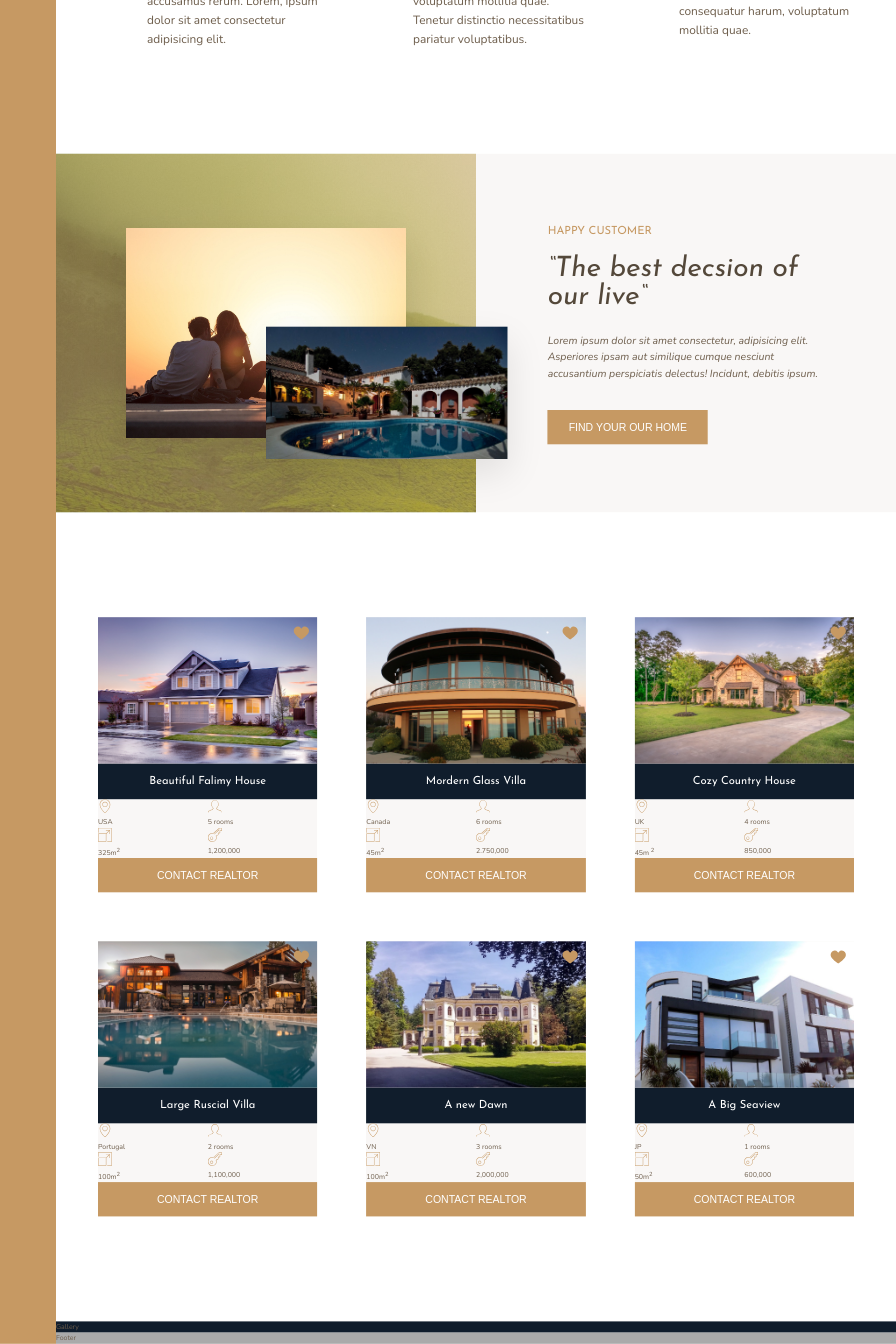
Repository: m2pd/your-home
Page: index.html
The author's editor kept a copy of each file at every save. The page is drawn from the files as they stood at one save, then again after the next save.
The browser window is 1280 px wide. The pictures show the part of the page from y = 1024 to 2944 px (the page is 2944 px tall before and 2843 px after), at 70% of full size.
The style sheet was rebuilt from its Sass, Less or Tailwind sources for each picture, by a compiler version that may differ from the author's.

Above is the page before, as saved 2020-03-05 16:13:03.

### index.html
<!DOCTYPE html>
<html lang="en">
    <head>
        <meta charset="UTF-8">
        <meta name="viewport" content="width=device-width, initial-scale=1.0">
        <meta http-equiv="X-UA-Compatible" content="ie=edge">

        <link href="https://fonts.googleapis.com/css?family=Josefin+Sans:300,400,400i|Nunito:300,300i" rel="stylesheet">
        <link rel="stylesheet" href="css/style.css">
        <link rel="shortcut icon" type="image/png" href="img/favicon.png">

        <title>nexter &mdash; your home, your freedom</title>
    </head>
    <body class="container">

        <div class="sidebar">
            Sidebar
        </div>

        <header class="header">
            Header
        </header>

        <div class="realtors">
            3 Realtors
        </div>

        <div class="features">
            <div class="feature feature-1">
                <svg class="feature__icon">
                    <use xlink:href="img/sprite.svg#icon-global"></use>
                </svg>
                <h4 class="heading-4 heading-4--dark">World's best luxury homes</h4>
                <p class="feature__text">
                    Lorem, ipsum dolor sit amet consectetur adipisicing elit. Tenetur distinctio necessitatibus pariatur voluptatibus.
                </p>
            </div>

            <div class="feature feature-2">
                <svg class="feature__icon">
                    <use xlink:href="img/sprite.svg#icon-trophy"></use>
                </svg>
                <h4 class="heading-4 heading-4--dark">Only the best properties</h4>
                <p class="feature__text">
                    Voluptatum mollitia quae. Vero ipsum sapiente molestias accusamus rerum sed a eligendi aut quia.
                </p>
            </div>

            <div class="feature feature-3">
                <svg class="feature__icon">
                    <use xlink:href="img/sprite.svg#icon-map-pin"></use>
                </svg>
                <h4 class="heading-4 heading-4--dark">All home in top location</h4>
                <p class="feature__text">
                    Tenetur distinctio necessitatibus pariatur voluptatibus quidem consequatur harum.
                </p>
            </div>

            <div class="feature feature-4">
                <svg class="feature__icon">
                    <use xlink:href="img/sprite.svg#icon-key"></use>
                </svg>
                <h4 class="heading-4 heading-4--dark">New home in one week</h4>
                <p class="feature__text">
                    Vero ipsum sapiente molestias accusamus rerum. Lorem, ipsum dolor sit amet consectetur adipisicing elit.
                </p>
            </div>

            <div class="feature feature-5">
                <svg class="feature__icon">
                    <use xlink:href="img/sprite.svg#icon-presentation"></use>
                </svg>
                <h4 class="heading-4">Top 1% realtors</h4>
                <p class="feature__text">
                    Quidem consequatur harum, voluptatum mollitia quae. Tenetur distinctio necessitatibus pariatur voluptatibus.
                </p>
            </div>

            <div class="feature feature-6">
                <svg class="feature__icon">
                    <use xlink:href="img/sprite.svg#icon-lock"></use>
                </svg>
                <h4 class="heading-4">Secure in Payment on nexter</h4>
                <p class="feature__text">
                    Pariatur voluptatibus quidem consequatur harum, voluptatum mollitia quae.
                </p>
            </div>
        </div>

        <div class="story__pictures">
            <img src="img/story-1.jpeg" alt="Couple with new house" class="story__img--1">
            <img src="img/story-2.jpeg" alt="New house" class="story__img--2">
        </div>

        <div class="story__content">
            <h3 class="heading-3 mb-sm">Happy Customer</h3>
            <h2 class="heading-2 heading-2--dark mb-md">&ldquo;The best decsion of our live&ldquo;</h2>
            <div class="story__text">
                Lorem ipsum dolor sit amet consectetur, adipisicing elit. Asperiores ipsam aut similique cumque nesciunt accusantium perspiciatis delectus! Incidunt, debitis ipsum.
            </div>
            <button class="btn">Find your our home</button>
        </div>

        <section class="homes">
            <div class="home">
                <img src="img/house-1.jpeg" alt="House 1" class="home__img">
                <svg class="home__like">
                    <use xlink:href="img/sprite.svg#icon-heart-full"></use>
                </svg>
                <h5 class="home__name">Beautiful Falimy House</h5>
                <div class="home__location">
                    <svg>
                        <use xlink:href="img/sprite.svg#icon-map-pin"></use>
                    </svg>
                    <p>USA</p>
                </div>
                <div class="home__rooms">
                    <svg>
                        <use xlink:href="img/sprite.svg#icon-profile-male"></use>
                    </svg>
                    <p>5 rooms</p>
                </div>
                <div class="home__area">
                    <svg>
                        <use xlink:href="img/sprite.svg#icon-expand"></use>
                    </svg>
                    <p>325m<sup>2</sup></p>
                </div>
                <div class="home__price">
                    <svg>
                        <use xlink:href="img/sprite.svg#icon-key"></use>
                    </svg>
                    <p>1,200,000</p>
                </div>
                <button class="btn home__btn">Contact realtor</button>
            </div>

            <div class="home">
                <img src="img/house-2.jpeg" alt="House 2" class="home__img">
                <svg class="home__like">
                    <use xlink:href="img/sprite.svg#icon-heart-full"></use>
                </svg>
                <h5 class="home__name">Mordern Glass Villa</h5>
                <div class="home__location">
                    <svg>
                        <use xlink:href="img/sprite.svg#icon-map-pin"></use>
                    </svg>
                    <p>Canada</p>
                </div>
                <div class="home__rooms">
                    <svg>
                        <use xlink:href="img/sprite.svg#icon-profile-male"></use>
                    </svg>
                    <p>6 rooms</p>
                </div>
                <div class="home__area">
                    <svg>
                        <use xlink:href="img/sprite.svg#icon-expand"></use>
                    </svg>
                    <p>45m<sup>2</sup></p>
                </div>
                <div class="home__price">
                    <svg>
                        <use xlink:href="img/sprite.svg#icon-key"></use>
                    </svg>
                    <p>2.750,000</p>
                </div>
                <button class="btn home__btn">Contact realtor</button>
            </div>

            <div class="home">
                <img src="img/house-3.jpeg" alt="House 3" class="home__img">
                <svg class="home__like">
                    <use xlink:href="img/sprite.svg#icon-heart-full"></use>
                </svg>
                <h5 class="home__name">Cozy Country House</h5>
                <div class="home__location">
                    <svg>
                        <use xlink:href="img/sprite.svg#icon-map-pin"></use>
                    </svg>
                    <p>UK</p>
                </div>
                <div class="home__rooms">
                    <svg>
                        <use xlink:href="img/sprite.svg#icon-profile-male"></use>
                    </svg>
                    <p>4 rooms</p>
                </div>
                <div class="home__area">
                    <svg>
                        <use xlink:href="img/sprite.svg#icon-expand"></use>
                    </svg>
                    <p>45m <sup>2</sup></p>
                </div>
                <div class="home__price">
                    <svg>
                        <use xlink:href="img/sprite.svg#icon-key"></use>
                    </svg>
                    <p>850,000</p>
                </div>
                <button class="btn home__btn">Contact realtor</button>
            </div>

            <div class="home">
                <img src="img/house-4.jpeg" alt="House 4" class="home__img">
                <svg class="home__like">
                    <use xlink:href="img/sprite.svg#icon-heart-full"></use>
                </svg>
                <h5 class="home__name">Large Ruscial Villa</h5>
                <div class="home__location">
                    <svg>
                        <use xlink:href="img/sprite.svg#icon-map-pin"></use>
                    </svg>
                    <p>Portugal</p>
                </div>
                <div class="home__rooms">
                    <svg>
                        <use xlink:href="img/sprite.svg#icon-profile-male"></use>
                    </svg>
                    <p>2 rooms</p>
                </div>
                <div class="home__area">
                    <svg>
                        <use xlink:href="img/sprite.svg#icon-expand"></use>
                    </svg>
                    <p>100m<sup>2</sup></p>
                </div>
                <div class="home__price">
                    <svg>
                        <use xlink:href="img/sprite.svg#icon-key"></use>
                    </svg>
                    <p>1,100,000</p>
                </div>
                <button class="btn home__btn">Contact realtor</button>
            </div>

            <div class="home">
                <img src="img/house-5.jpeg" alt="House 5" class="home__img">
                <svg class="home__like">
                    <use xlink:href="img/sprite.svg#icon-heart-full"></use>
                </svg>
                <h5 class="home__name">A new Dawn</h5>
                <div class="home__location">
                    <svg>
                        <use xlink:href="img/sprite.svg#icon-map-pin"></use>
                    </svg>
                    <p>VN</p>
                </div>
                <div class="home__rooms">
                    <svg>
                        <use xlink:href="img/sprite.svg#icon-profile-male"></use>
                    </svg>
                    <p>3 rooms</p>
                </div>
                <div class="home__area">
                    <svg>
                        <use xlink:href="img/sprite.svg#icon-expand"></use>
                    </svg>
                    <p>100m<sup>2</sup></p>
                </div>
                <div class="home__price">
                    <svg>
                        <use xlink:href="img/sprite.svg#icon-key"></use>
                    </svg>
                    <p>2,000,000</p>
                </div>
                <button class="btn home__btn">Contact realtor</button>
            </div>

            <div class="home">
                <img src="img/house-6.jpeg" alt="House 6" class="home__img">
                <svg class="home__like">
                    <use xlink:href="img/sprite.svg#icon-heart-full"></use>
                </svg>
                <h5 class="home__name">A Big Seaview</h5>
                <div class="home__location">
                    <svg>
                        <use xlink:href="img/sprite.svg#icon-map-pin"></use>
                    </svg>
                    <p>JP</p>
                </div>
                <div class="home__rooms">
                    <svg>
                        <use xlink:href="img/sprite.svg#icon-profile-male"></use>
                    </svg>
                    <p>1 rooms</p>
                </div>
                <div class="home__area">
                    <svg>
                        <use xlink:href="img/sprite.svg#icon-expand"></use>
                    </svg>
                    <p>50m<sup>2</sup></p>
                </div>
                <div class="home__price">
                    <svg>
                        <use xlink:href="img/sprite.svg#icon-key"></use>
                    </svg>
                    <p>600,000</p>
                </div>
                <button class="btn home__btn">Contact realtor</button>
            </div>
        </section>

        <section class="gallery">
            Gallery
        </section>

        <footer class="footer">
            Footer
        </footer>

    </body>
</html>

### sass/_base.scss
// COLOR VARIABLES
$color-primary: #c69963;
$color-primary-dark: #B28451;

$color-secondary: #101d2c;

$color-grey-light-1: #f9f7f6;
$color-grey-light-2: #aaa;

$color-grey-dark-1: #54483A;
$color-grey-dark-2: #6D5D4B;

// FONT VARIABLES
$font-primary: 'Nunito', sans-serif;
$font-display: 'Josefin Sans', sans-serif;


*,
*::before,
*::after{
    margin:0;
    padding:0;
    box-sizing: inherit;
}

html{
    font-size:62.5%;
    box-sizing: border-box;
}

body{
    font-family: $font-primary;
    color: $color-grey-dark-2;
    font-weight: 300;
    line-height: 1.6;
}

.container{
    display: grid;
    grid-template-rows: 80vh min-content 40vw repeat(3, min-content);
    grid-template-columns:[sidebar-start] 8rem [sidebar-end full-start] minmax(6rem, 1fr) [center-start] repeat(8, [col-start] minmax(min-content, 14rem) [col-end]) [center-end] minmax(6rem, 1fr) [full-end];

}

### sass/_typography.scss
%heading {
  font-family: $font-display;
  font-weight: 400;
}

.heading-1 {
  @extend %heading;
}

.heading-2 {
  @extend %heading;
  font-size: 4rem;
  font-style: italic;
  line-height: 1;

  &--light{ color: $color-grey-light-1;}
  &--dark{ color: $color-grey-dark-1;}
}

.heading-3 {
  @extend %heading;

  font-size: 1.6rem;
  color: $color-primary;
  text-transform: uppercase;

}

.heading-4 {
  @extend %heading;
  font-size: 1.9rem;

  &--light{ color: $color-grey-light-1;}
  &--dark{ color: $color-grey-dark-1;}

}

.btn{
    background-color: $color-primary;
    color: #fff;
    font-size: 1.5rem;
    border: none;
    border-radius: none;
    padding: 1.6rem  3rem;
    text-transform: uppercase;
    cursor: pointer;
    transition: all .2s;

    &:hover{
      background-color: $color-primary-dark;
    }
}

.mb-sm{ margin-bottom: 2rem; }
.mb-md{ margin-bottom: 3rem; }
.mb-lg{ margin-bottom: 4rem; }
.mb-hg{ margin-bottom: 8rem; }

### sass/_features.scss
.features{
    grid-column: center-start /  center-end;

    margin: 15rem 0;
    display: grid;
    // grid-template-columns: repeat(3, 1fr);
    grid-template-columns: repeat(auto-fit, minmax(25rem, 1fr));
    grid-gap: 6rem;
}

.feature{
    display: grid;
    grid-template-columns: min-content 1fr;
    grid-column-gap: 2.5rem;
    grid-row-gap: 1.5rem;

    align-items: start;

    &__icon{
        fill: $color-primary;
        width:4.5rem;
        height:4.5rem;

        grid-row: 1 / span 2;
    }

    &__text{
        font-size: 1.7rem;
    }
}

### sass/_story.scss
.story{
    &__pictures{
        background-color: $color-primary;
        grid-column: full-start / col-end 4;
        background-image:linear-gradient(rgba($color-primary,.5), rgba($color-primary, .5)),
                         url(../img/back.jpg);

        display: grid;
        grid-template-columns: repeat(6, 1fr);
        grid-template-rows: repeat(6, 1fr);
        align-items:center ;
    }

    &__img--1{
        width: 100%;
        grid-column: 2 / 6;
        grid-row: 2 / 6;
        box-shadow: 0 2rem 5rem rgba(#000, .1);
    }

    &__img--2{
        width: 115%;
        grid-column: 4 / 7;
        grid-row: 4 / 6;
        z-index: 20;
        box-shadow: 0 2rem 5rem rgba(#000, .1);

    }

    &__content{
        background-color: $color-grey-light-1;
        grid-column: col-start 5 / full-end;

        padding: 6rem 8vw;

        // display: flex;
        // flex-direction: column;
        // justify-content: center;
        // align-items: flex-start;

        display: grid;
        align-content: center;
        justify-items: start;
    }

    &__text{
        font-size: 1.5rem;
        font-style: italic;
        margin-bottom: 4rem;


    }
}

### sass/_homes.scss
.homes{
    grid-column: center-start / center-end;
    margin: 15rem 0;

    display: grid;
    grid-template-columns: repeat(auto-fit, minmax(25rem, 1fr));
    grid-gap: 7rem;
}

.home{
    background-color:  $color-grey-light-1;

    display: grid;
    grid-template-columns: repeat(2, 1fr);

    &__img{
        width: 100%;
        grid-row: 1/ 2;
        grid-column: 1/ -1;
        z-index: 1;
    }

    &__like{
        grid-row: 1/ 2;
        grid-column: 2/ 3;
        fill: $color-primary;
        width: 2.5rem;
        height: 2.5rem;
        z-index: 2;
        justify-self: end;
        margin: 1rem;

    }

    &__name{
        grid-column: 1/ -1;

        font-family: $font-display;
        font-size: 1.6rem;
        font-weight: 400;
        text-align: center;
        background-color: $color-secondary;
        color:#fff;
        padding: 1.25rem;
    }

    &__location,
    &__rooms,
    &__area,
    &__price{
        svg{
            fill: $color-primary;
            width: 2rem;
            height: 2rem;
        }
    }

    &__btn{
        grid-column: 1/ -1;
    }
}

### sass/_gallery.scss
.gallery{
    background-color: $color-secondary;
    grid-column: full-start / full-end;
}

### sass/_footer.scss
.footer{
    background-color: $color-grey-light-2;
    grid-column: full-start / full-end;
}

Loaded but not shown: sass/main.scss (common file); sass/_sidebar.scss (common file); sass/_header.scss (common file); sass/_realtors.scss (common file)

After the next save:
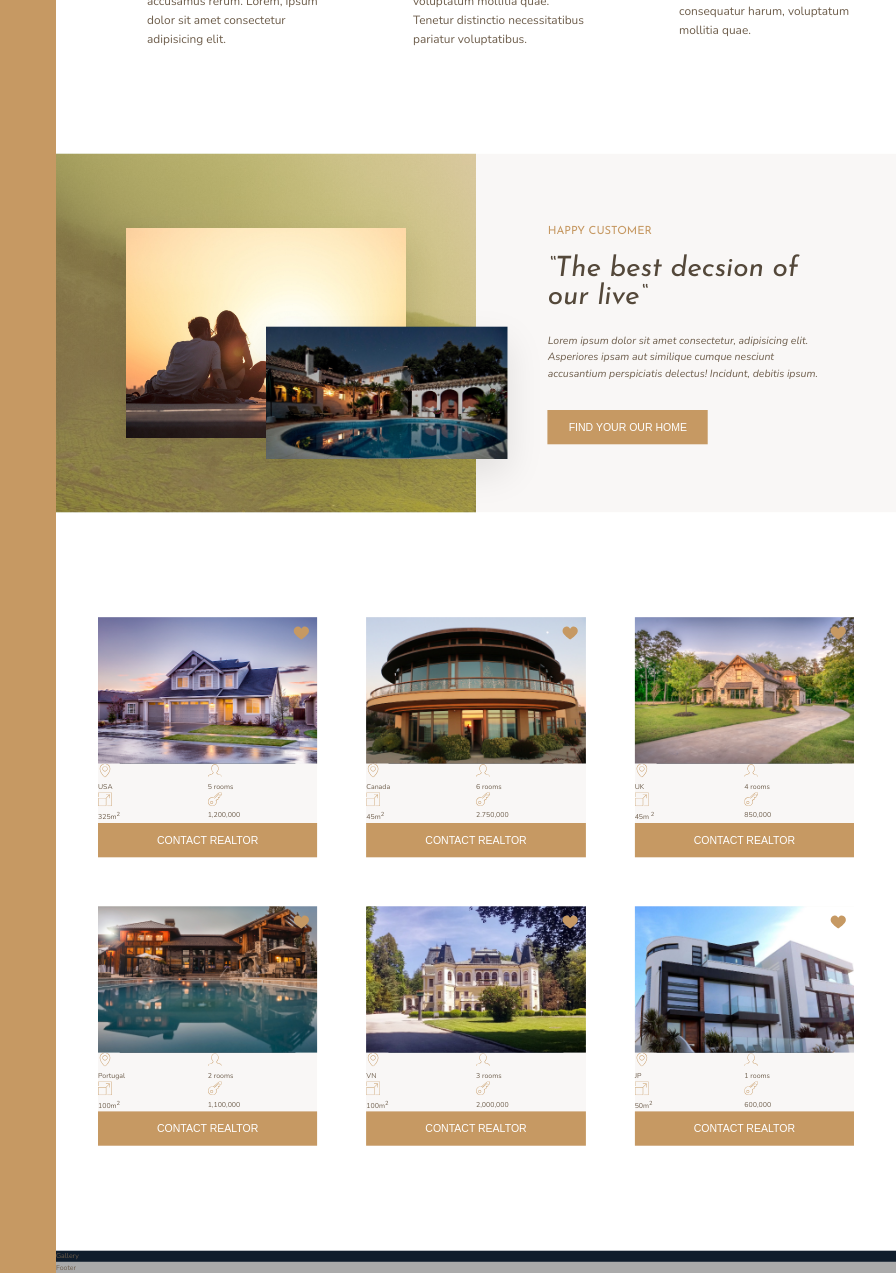
Saved 5 min 53 s later.
--- a/sass/_homes.scss
+++ b/sass/_homes.scss
@@ -34,7 +34,11 @@
 
     &__name{
         grid-column: 1/ -1;
+        grid-row: 1/ 2;
+        justify-self: center;
+        align-self: end;
 
+        width: 80%;
         font-family: $font-display;
         font-size: 1.6rem;
         font-weight: 400;

After the 3 saves that followed:
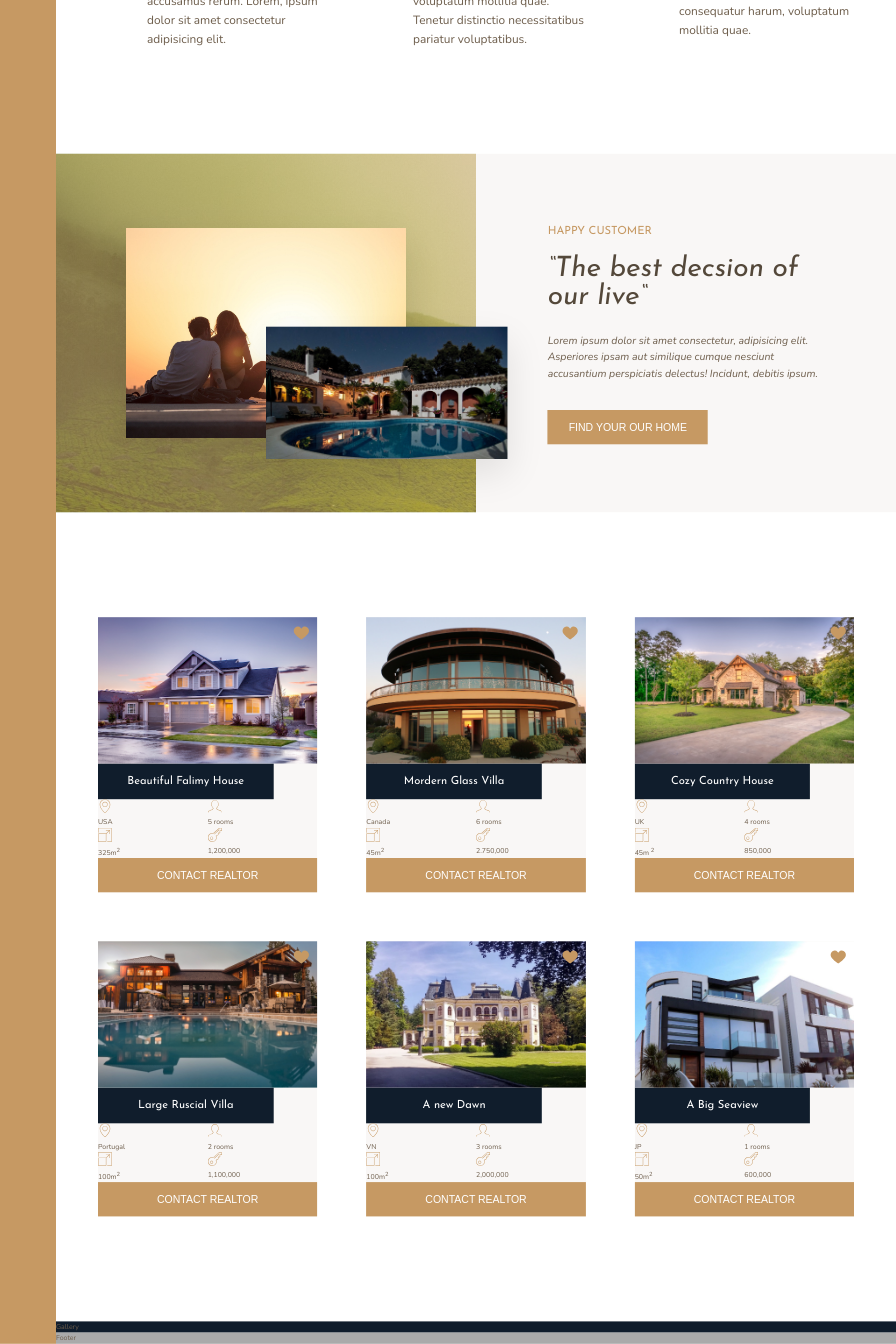
The 3 saves are shown as one change because 2 left the picture as it was.
The last was saved 51 s later.
--- a/sass/_homes.scss
+++ b/sass/_homes.scss
@@ -34,9 +34,6 @@
 
     &__name{
         grid-column: 1/ -1;
-        grid-row: 1/ 2;
-        justify-self: center;
-        align-self: end;
 
         width: 80%;
         font-family: $font-display;
